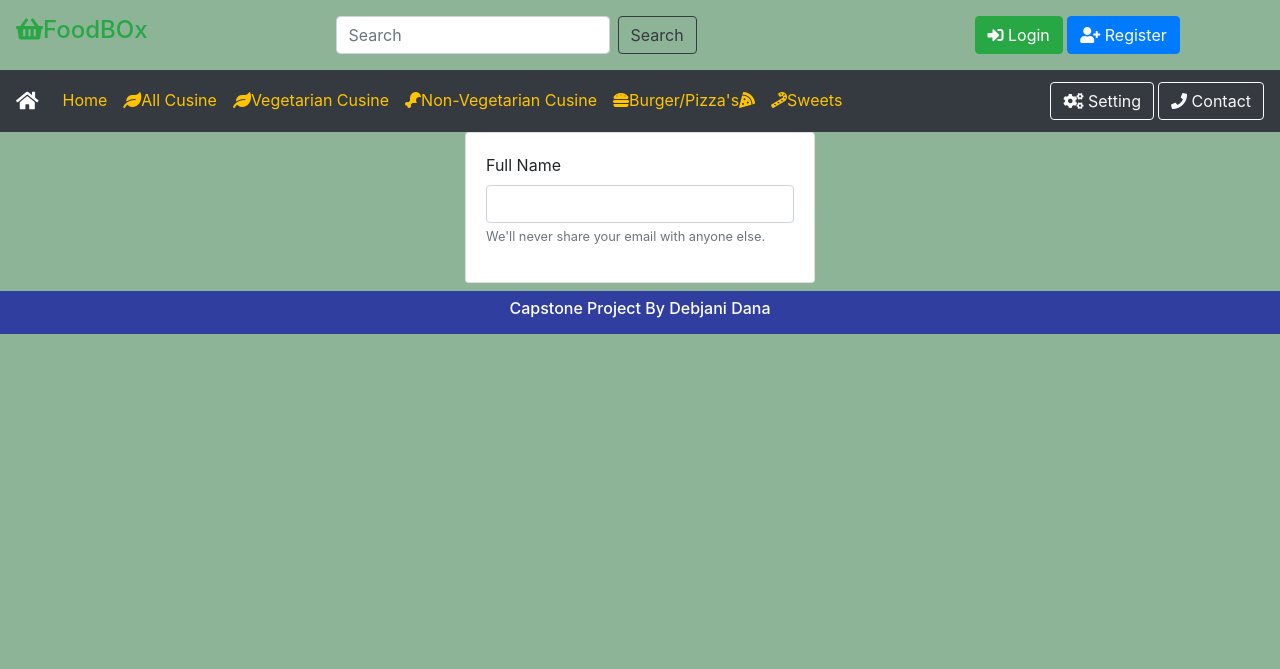
Repository: debjaniprofessional32/Capstone-Final-FoodBox-Delivery-Project
Page: http://localhost/OnlinFoodBOX/Edit_Profile.jsp
An editor plug-in stored every save of this project. The page is shown before and after the next save, followed by the edit.
The browser window is 1280 px wide. The pictures show the whole page.
Some web libraries are served in a nearby version. The page is served by Tomcat 9. Other server files are loaded and not shown.

Above is the page before, as saved 2022-12-23 11:23:58.

### OnlinFoodBOX/src/main/webapp/Edit_Profile.jsp
<%@ page language="java" contentType="text/html; charset=ISO-8859-1"
    pageEncoding="ISO-8859-1"%>
<!DOCTYPE html>
<html>
<head>
<meta charset="ISO-8859-1">
<title>Edit Profile</title>
<%@include file="all_Component/allCss.jsp"%>
</head>
<body style="background-color:#8DB496 ">
<%@include file="all_Component/navbar.jsp"%>

<div class="container">
<div class="row">
<div class="col-md-4 offset-md-4">
<div class="card">
<div class="card-body">
<form class="form-horizontal" action="" method="">


<div class="form-group">
    <label for="exampleInputEmail1">Full Name</label>
    <input type="tex5" class="form-control" id="" aria-describedby="" placeholder="">
    <small id="emailHelp" class="form-text text-muted">We'll never share your email with anyone else.</small>
  </div>














</form>


</div>



</div>


</div>




</div>




</div>


	<%@include file="all_Component/footer.jsp"%>

</body>
</html>

### OnlinFoodBOX/src/main/webapp/all_Component/allCss.jsp
<link rel="stylesheet"
	href="https://cdn.jsdelivr.net/npm/bootstrap@4.0.0/dist/css/bootstrap.min.css"
	integrity="sha384-Gn5384xqQ1aoWXA+058RXPxPg6fy4IWvTNh0E263XmFcJlSAwiGgFAW/dAiS6JXm"
	crossorigin="anonymous">
<script src="https://code.jquery.com/jquery-3.2.1.slim.min.js"
	integrity="sha384-KJ3o2DKtIkvYIK3UENzmM7KCkRr/rE9/Qpg6aAZGJwFDMVNA/GpGFF93hXpG5KkN"
	crossorigin="anonymous"></script>
<script
	src="https://cdn.jsdelivr.net/npm/popper.js@1.12.9/dist/umd/popper.min.js"
	integrity="sha384-ApNbgh9B+Y1QKtv3Rn7W3mgPxhU9K/ScQsAP7hUibX39j7fakFPskvXusvfa0b4Q"
	crossorigin="anonymous"></script>
<script
	src="https://cdn.jsdelivr.net/npm/bootstrap@4.0.0/dist/js/bootstrap.min.js"
	integrity="sha384-JZR6Spejh4U02d8jOt6vLEHfe/JQGiRRSQQxSfFWpi1MquVdAyjUar5+76PVCmYl"
	crossorigin="anonymous"></script>
<link rel="stylesheet"
	href="https://cdnjs.cloudflare.com/ajax/libs/font-awesome/5.15.3/css/all.min.css"
	integrity="sha512-iBBXm8fW90+nuLcSKlbmrPcLa0OT92xO1BIsZ+ywDWZCvqsWgccV3gFoRBv0z+8dLJgyAHIhR35VZc2oM/gI1w=="
	crossorigin="anonymous" referrerpolicy="no-referrer" />

### OnlinFoodBOX/src/main/webapp/all_Component/navbar.jsp
 <%@ taglib prefix="c" uri="http://java.sun.com/jsp/jstl/core" %>
 <%@ page isELIgnored = "false" %>
 <style type="text/css">
 .navbar {
     background: #000000
 }

 .nav-item::after {
     content: '';
     display: block;
     width: 0px;
     height: 2px;
     background: #fec400;
     transition: 0.4s
 }

 .nav-item:hover::after {
     width: 100%
 }

 .navbar-dark .navbar-nav .active>.nav-link,
 .navbar-dark .navbar-nav .nav-link.active,
 .navbar-dark .navbar-nav .nav-link.show,
 .navbar-dark .navbar-nav .show>.nav-link,
 .navbar-dark .navbar-nav .nav-link:focus,
 .navbar-dark .navbar-nav .nav-link:hover {
     color: #fec400
 }

 .nav-link {
     padding: 10px 5px;
     transition: 0.2s
 }

 body{
     background-color:grey;
 }
</style>
<div class="container-fluid p-3">
	<div class="row">

		<div class="col-md-3 text-success">

<h4><i class='fa fa-shopping-basket'></i>FoodBOx</h4>
		</div>

		<div class="col-md-6">
			<form class="form-inline my-2 my-lg-0">
				<input class="form-control mr-sm-2" type="search"
					placeholder="Search" aria-label="Search">
				<button class="btn btn-outline-dark my-2 my-sm-0" type="submit">Search</button>
			</form>
		</div>
		<c:if test="${not empty userobj}">
		<div class="col-md-3">
		    <a href="checkout.jsp" class="mt-6"><i class='fas fa-cart-plus fa-2x '></i></a>
			<a href="login.jsp" class="btn btn-success"><i class='fas fa-user-plus'></i>&nbsp;${userobj.name}</a>
			<a href="logout" class="btn btn-primary "><i class='fas fa-sign-in-alt'></i>&nbsp;Logout</a>
		</div>

		</c:if>
		<c:if test="${empty userobj}">
		<div class="col-md-3">
			<a href="login.jsp" class="btn btn-success"><i class='fas fa-sign-in-alt'></i>&nbsp;Login</a>
			<a href="rejister.jsp" class="btn btn-primary "><i class='fas fa-user-plus'></i>&nbsp;Register</a>
		</div>

		</c:if>

	</div>



</div>


<nav class="navbar navbar-expand-lg navbar-dark bg-dark">
  <a class="navbar-brand " href="#"><i class="fas fa-home"></i></a>
  <button class="navbar-toggler" type="button" data-toggle="collapse" data-target="#navbarSupportedContent" aria-controls="navbarSupportedContent" aria-expanded="false" aria-label="Toggle navigation">
    <span class="navbar-toggler-icon"></span>
  </button>

  <div class="collapse navbar-collapse" id="navbarSupportedContent">
    <ul class="navbar-nav mr-auto">
      <li class="nav-item active "><a class="nav-link " href="index.jsp">Home <span class="sr-only">(current)</span></a></li>
      <li class="nav-item active"><a class="nav-link" href="all_veg.jsp"><i class="fa fa-leaf"></i>All Cusine</a></li>
      <li class="nav-item active"><a class="nav-link" href="all_veg1.jsp"><i class="fa fa-leaf"></i>Vegetarian Cusine</a></li>
      <li class="nav-item active"><a class="nav-link " href="all_nonveg.jsp"><i class='fas fa-drumstick-bite'></i>Non-Vegetarian Cusine</a></li>
      <li class="nav-item active"><a class="nav-link " href="all_Bpizza.jsp"><i class='fas fa-hamburger'></i>Burger/Pizza's<i class='fas fa-pizza-slice'></i></a></li>
      <li class="nav-item active"><a class="nav-link " href="all_sweet.jsp"><i class='fas fa-candy-cane'></i>Sweets</a></li>
    </ul>
    <form class="form-inline my-2 my-lg-0">
     <a class="btn btn-outline-light my-2 my-sm-0" href="setting.jsp" class="outline-light"><i class='fa fa-cogs '></i>&nbsp;Setting</a>
      <button class="btn btn-outline-light my-2 my-sm-0 ml-1" type="submit"><i class='fa fa-phone'></i>&nbsp;Contact</button>
    </form>
  </div>
</nav>

### OnlinFoodBOX/src/main/webapp/all_Component/footer.jsp
<div class="container-fluid text-center text-white p-2 mt-2" style="background-color:#303f9f;">
<h6>Capstone Project By Debjani Dana</h6>

</div>

After the next save:
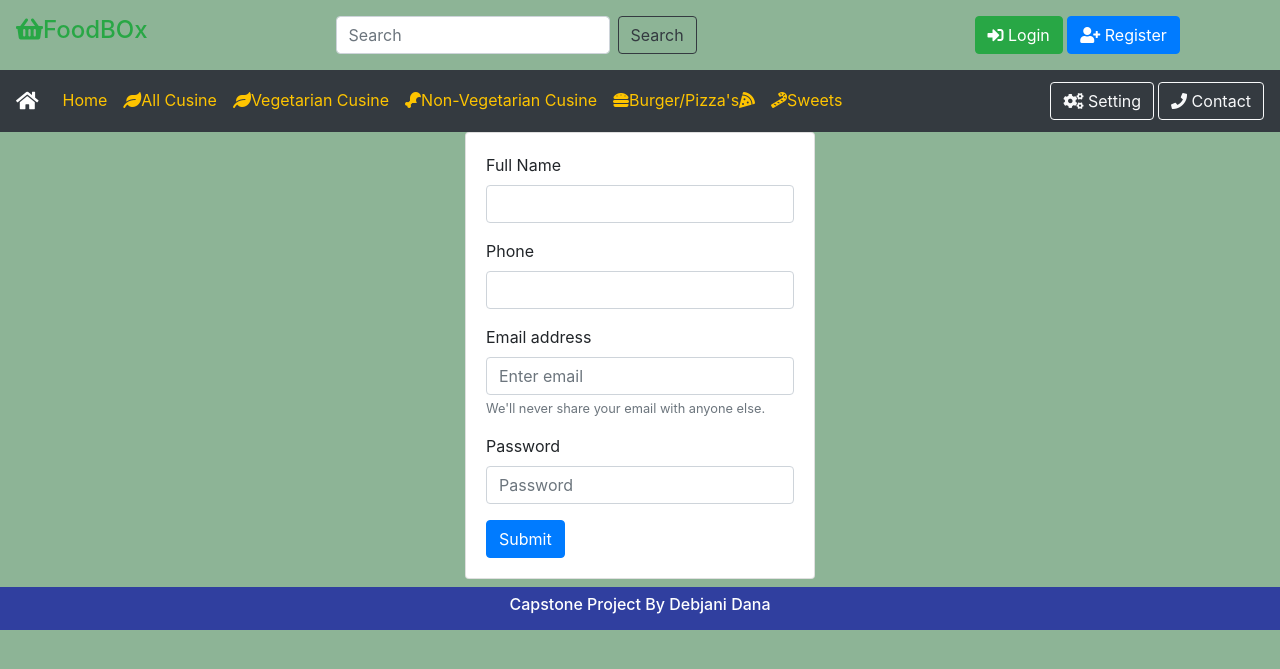
Saved 102 s later.
--- a/OnlinFoodBOX/src/main/webapp/Edit_Profile.jsp
+++ b/OnlinFoodBOX/src/main/webapp/Edit_Profile.jsp
@@ -20,14 +20,25 @@
 
 <div class="form-group">
     <label for="exampleInputEmail1">Full Name</label>
-    <input type="tex5" class="form-control" id="" aria-describedby="" placeholder="">
+    <input type="text" class="form-control" id="" aria-describedby="" placeholder="">
+      </div>
+
+<div class="form-group">
+    <label for="exampleInputEmail1">Phone</label>
+    <input type="text" class="form-control" id="" aria-describedby="" placeholder="">
+      </div>
+      <div class="form-group">
+    <label for="exampleInputEmail1">Email address</label>
+    <input type="email" class="form-control" id="exampleInputEmail1" aria-describedby="emailHelp" placeholder="Enter email">
     <small id="emailHelp" class="form-text text-muted">We'll never share your email with anyone else.</small>
+  </div>
+  <div class="form-group">
+    <label for="exampleInputPassword1">Password</label>
+    <input type="password" class="form-control" id="exampleInputPassword1" placeholder="Password">
   </div>
 
 
-
-
-
+<button type="submit" class="btn btn-primary">Submit</button>
 
 
 
